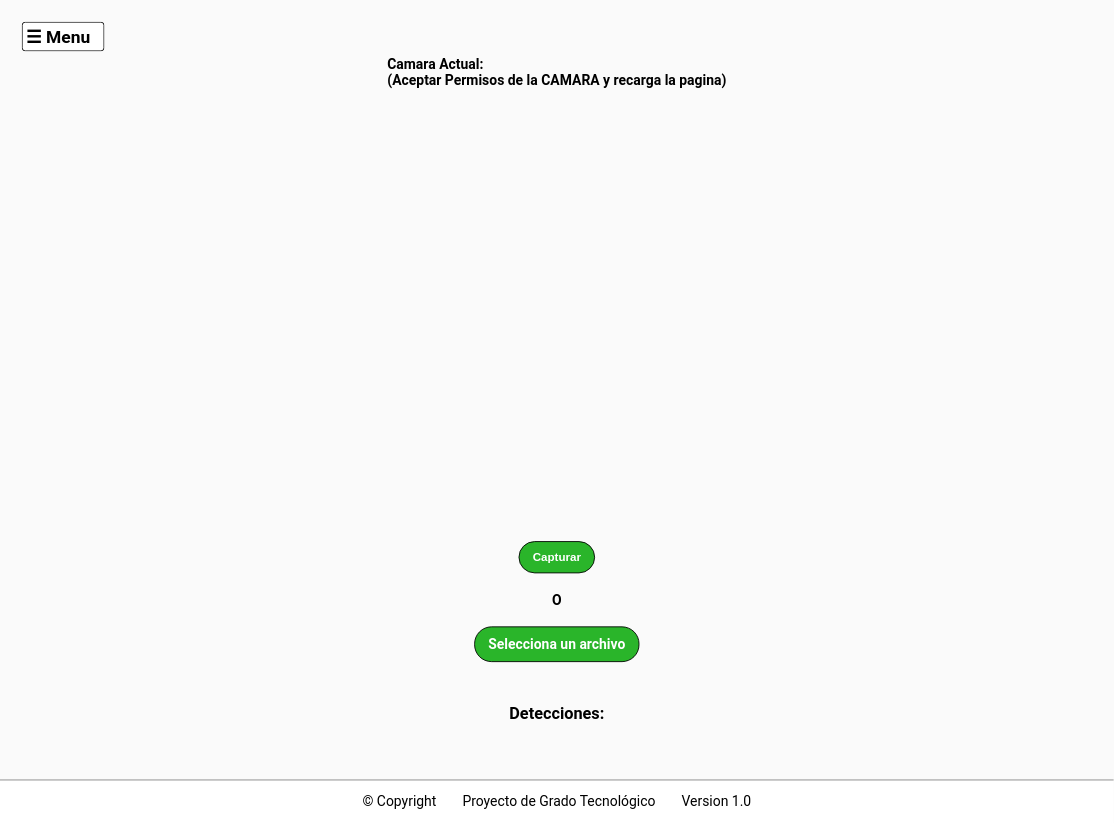
Repository: castecabas/Recicladora
Page: http://localhost/model
An editor plug-in stored every save of this project. The page is shown before and after the next save, followed by the edit.
The browser window is 1280 px wide. The pictures show the whole page, at 87% of full size.
Pictures or frames that could not be fetched are drawn as grey boxes. The page is served by the project's application, run on Flask 3 (src/index.py). Other server files are loaded and not shown.

Above is the page before, as saved 2024-12-22 20:25:41.

### src/templates/model.html
<!DOCTYPE html>
<html lang="en">

<head>
    <meta charset="UTF-8">
    <meta name="viewport" content="width=device-width, initial-scale=1.0">
    <title>Clasificador</title>
    <link rel="stylesheet" href="{{ url_for('static', filename='css/model.css') }}">
    <link rel="shortcut icon" href="https://i.postimg.cc/gk7MpWkm/logo.webp" />
</head>

<body>
    <span class="btn_openmenu" onclick="openNav()">&#9776; Menu</span><br><br>
    <nav class="aside" id="aside">
        <div class="overlay"></div>
        <img class="aside_logo" src="https://i.postimg.cc/gk7MpWkm/logo.webp">
        <h1 style="text-decoration: underline;">Opciones</h1>

        <label for="confidenceThreshold">
            <span class="tooltip-container">
                <img class="logo_x"
                    src="https://images.vexels.com/media/users/3/152347/isolated/preview/27304b9b14ce9bd8a28ca637ed92070e-icono-de-signo-de-interrogacion-de-circulo-azul.png"
                    alt="Ayuda">
                <span class="tooltip-text">Es la probabilidad que determina en las predicciones,si es alto es más confiable, aunque puede omitir objetos al no cumplir dicho porcentaje. Si es bajo, será menos confiable, pero detectará aún más.</span>
            </span>
            Umbral de Confianza:
        </label>
        <input type="range" id="confidenceThreshold" min="0.1" max="0.8" step="0.01" value="0.5">
        <span id="confidenceValue" style="color: white;">0.5</span>

        <label for="SwitchCamera">Camara</label>
        <button id="switchCameraBtn">Cambiar de dispositivo</button>
        </a>
        <label class="nav-link-aside" for="darkModeToggle"><input type="checkbox" class="btn_darkmode" id="darkModeToggle" hidden>
            Modo Oscuro</label>
        <br>
        <a href="javascript:void(0)" class="closebtn" onclick="closeNav()">Cerrar Menú</a>
        <a href="{{ url_for('index') }}" class="nav-link">Ir a Inicio</a>
    </nav>

    <div class="container">
        <main>
            <div>
                <div>
                    <p>Camara Actual: <span id="currentCamera"></span><br>
                    (Aceptar Permisos de la CAMARA y recarga la pagina)</p>
                    <video id="video" width="640" height="480" autoplay></video><br>
                    <button id="captureBtn">Capturar</button>
                    <p>O</p>
                    <input type="file" id="fileInput" hidden accept="image/*,video/*">
                    <label for="fileInput" id="fileinputlabel">Selecciona un archivo</label>
                </div>
                <br>
                <img id="resultImage">
            </div>
            <canvas id="canvas" width="640" height="480" style="display:none;"></canvas>
            <div>
                <h3>Detecciones:</h3>
                <ul id="detectionsList"></ul>
            </div>
            <div class="colors">

            </div>
        </main>
        {% include 'components/footer.html' %}
    </div>
    <script src="{{ url_for('static', filename='js/model.js') }}"></script>
    <script src="{{ url_for('static', filename='js/dark_mode.js') }}"></script>
</body>

</html>

### src/templates/components/footer.html
<footer class="footer">
    <style>
        .footer {
            width: 100%;
            background-color: white;
            text-align: center;
            padding: 15px;
            box-sizing: border-box;
            position: relative;
            bottom: 0;
            font-family: 'Roboto', sans-serif;
            border-top: 1px solid gray;
            margin-top: auto;
        }

        .footer ul {
            list-style: none;
            padding: 0;
            margin: 0;
            display: flex;
            flex-direction: column;
            align-items: center;
        }

        .footer ul li {
            text-decoration: none;
            margin: 5px 0;
        }

        @media (min-width: 600px) {
            .footer ul {
                flex-direction: row;
                justify-content: center;
            }

            .footer ul li {
                margin: 0 15px;
            }
        }

        /* MODO OSCURO */
        body.dark-mode footer{
            background: rgb(29, 0, 28);
            background: linear-gradient(90deg, rgba(29, 0, 28, 1) 0%, rgba(11, 0, 34, 1) 8%, rgba(0, 0, 22, 1) 100%);
            border-top: 1px solid #686868;
            transition: all 0.3s ease-in;
        }

        body.dark-mode footer li{
            color: white;
        }
    </style>

    <ul>
        <li>© Copyright</li>
        <li>Proyecto de Grado Tecnológico</li>
        <li>Version 1.0</li>
    </ul>

</footer>

### src/index.py
from flask import Flask, render_template, Response, request, jsonify
from yolo_model import YOLOModel
from camera import Camera
import cv2
import numpy as np
import base64

app = Flask(__name__)

yolo_model = YOLOModel('src/model/best.pt')
camera = Camera()

# RUTAS
@app.route('/')
@app.route('/home')
@app.route('/index')
def index():
    return render_template('index.html')

@app.route('/about')
def about():
    return render_template('about.html')

@app.route('/learn')
def learn():
    return render_template('learn.html')

@app.route('/model')
def model():
    return render_template('model.html')

@app.route('/news')
def news():
    return render_template('news.html')

@app.route('/recycle')
def recycle():
    return render_template('recycle.html')

# FUNCIONES

    #NOTE: obtener las camaras
@app.route('/get_cameras')
def get_cameras():
    return jsonify(camera.get_camera_list())

    #NOTE: cambiar camara
@app.route('/switch_camera/<int:camera_id>')
def switch_camera(camera_id):
    camera.select_camera(camera_id)
    return "OK"

    #NOTE: detectar dicha imagen
@app.route('/detect', methods=['POST'])
def detect():
    try:
        if 'file' not in request.files:
            return jsonify({'error': 'No file part'}), 400

        file = request.files['file']
        confidence = float(request.form.get('confidence', 0.25))

        # Lee la imagen del archivo
        npimg = np.fromfile(file, np.uint8)
        img = cv2.imdecode(npimg, cv2.IMREAD_COLOR)

        # Detecta objetos usando el modelo YOLO
        results = yolo_model.detect(img, conf_threshold=confidence)
        if results is None:
            return jsonify({'error': 'No detections returned from model'}), 500

        # Dibuja los cuadros de detección en la imagen
        processed_img = yolo_model.draw_boxes(img, results)

        # Codifica la imagen procesada en base64 para enviar al cliente
        _, buffer = cv2.imencode('.jpg', processed_img)
        img_base64 = base64.b64encode(buffer).decode('utf-8')

        return jsonify({
            'image': f'data:[embedded picture, 35 characters]',
            'detections': results
        })
    except Exception as e:
        print(f"Error during detection: {e}")
        return jsonify({'error': str(e)}), 500

# EJECUCION
if __name__ == '__main__':
    app.run(debug=True)

### src/static/css/model.css
html,
body {

    margin: 0;
    padding: 0;
    font-family: 'Roboto', sans-serif;
    background-color: #fafafa;
    display: flex;
    flex-direction: column;
    min-height: 100vh;
    transition: all 0.5s ease;
}

main {
    max-height: auto;
}

.btn_openmenu {
    font-size: 20px;
    cursor: pointer;
    position: fixed;
    background-color: white;
    border-radius: 4px;
    border: 1px solid black;
    margin: 25px;
    padding: 4px;
    padding-right: 15px;
    z-index: 100;
    font-weight: 600;
}

.btn_openmenu:hover {
    background-color: rgb(209, 209, 209);
}

.container {
    display: flex;
    flex-direction: column;
    min-height: 100vh;
    width: 100%;
    /* Asegura que ocupe todo el ancho */
    align-items: center;
    margin: 0;
    box-sizing: border-box;
}

main div {
    display: flex;
    flex-direction: column;
    align-items: center;
    justify-content: center;
    flex-grow: 1;
    width: 100%;
    max-width: 800px;
    box-sizing: border-box;
}

main div * {
    padding: 5px;
}

main div p {
    font-weight: bold;
}

main div #video {
    border-radius: 20px;
    max-width: 640px;
    width: 100%;
    max-height: 700px;
    aspect-ratio: 4/3;
    padding: 0;
}

main div #resultImage {
    border-radius: 20px;
    max-width: 640px;
    width: 100%;
    max-height: 740px;
    padding: 0;
    border: 0px;
    box-shadow: 10px 10px 15px rgba(0, 0, 0, 0.5);
}

@media(max-width:638px){
    main div #resultImage{
        border-radius: 0;
        box-shadow: none;
    }
}

main div #captureBtn,
main div #fileinputlabel {
    border-radius: 20px;
    background-color: #2AB52A;
    color: white;
    font-weight: bold;
    padding: 10px 15px 10px 15px;
    border: 1px solid black;
}

main div #captureBtn:hover,
main div #fileInput:hover {
    background-color: #219121;
}

main div ul#detectionsList{
    overflow-y: auto;
    max-height: 200px;
    width: 90vw;
    max-width: 634px;

}

main div ul#detectionsList li{
    font-size: large;
}


.aside {
    background: url(https://i.postimg.cc/8kbKKzK0/model-aside.webp);
    background-repeat: no-repeat;
    background-size: cover;
    height: 100%;
    width: 0;
    position: fixed;
    z-index: 100;
    top: 0;
    left: 0;
    background-color: #111;
    overflow-x: hidden;
    transition: 0.5s;
    justify-content: center;
    color: white;
    display: flex;
    flex-direction: column;
    text-align: center;
    align-items: center;
}

.aside * {
    margin: 5px 20px 5px 20px;
    font-weight: bold;
    z-index: 102;
    padding: 8px;
    color: #31ca31;
}

.aside .overlay {
    position: absolute;
    margin: 0;
    top: 0;
    left: 0;
    right: 0;
    bottom: 0;
    background-color: rgba(0, 0, 0, 0.55);
    z-index: 101;
}

.aside img.aside_logo {
    aspect-ratio: 1/1;
    max-width: 100px;
}

@media(max-height:850px){
    .aside img.aside_logo{
        display: none;
    }
}


.aside h1 {
    color: #2AB52A;

}

.aside .closebtn {
    text-decoration: none;
    color: white;
    border-radius: 4px;
    background-color: #206BCE;
    padding: 10px 15px 10px 15px;
    border: 1px solid black;
    width: 134px;
}

.aside .closebtn:hover {
    background-color: #1a58a8;
}

.aside .logo_x {
    position: relative;
    padding-left: 0px;
    margin: 0px;
    aspect-ratio: 1/1;
    height: 20px;
    cursor: pointer;
}


/* Estilos del contenedor del tooltip */
.tooltip-container {
    position: relative;
    display: inline-block;
    padding: 0;
    margin: 0;
}

/* Ocultar el tooltip por defecto */
.tooltip-text {
    opacity: 0;
    /* Oculto por defecto */
    width: 135px;
    background-color: #2ea664;
    color: #f5f6fc;
    text-align: center;
    font-size: small;
    padding: 5px;
    border-radius: 5px;
    position: absolute;
    top: -120px;
    /* Ajusta la posición para que esté sobre la imagen */
    left: 50%;
    transform: translateX(-25%);
    transition: opacity 0.3s ease-in-out;

    /* Transición suave */
    z-index: 9000;
}

/* Flecha del tooltip */
.tooltip-text::after {
    content: "";
    position: absolute;
    bottom: -5px;
    /* Flecha debajo del tooltip */
    left: 50%;
    transform: translateX(-50%);
    border-width: 5px;
    border-style: solid;
    border-color: #333 transparent transparent transparent;
}

/* Mostrar el tooltip al pasar el ratón sobre la imagen */
.tooltip-container:active .tooltip-text ,.tooltip-container:hover .tooltip-text{
    opacity: 1;
    animation: hideTooltip 18s forwards;
    /* Inicia la animación para ocultarlo después de 3 segundos */
}

/* Animación para ocultar el tooltip */
@keyframes hideTooltip {
    0% {
        opacity: 1;
    }

    90% {
        opacity: 1;
    }

    100% {
        opacity: 0;
    }
}


.aside #confidenceThreshold {
    accent-color: #2AB52A;
    background-color: white;
}

.aside .colors{
    line-height: 2px;
    background: rgba(0, 0, 0, 0.65);
    border-radius: 10px;
    .bio{
        color: #00cc66;
    }
    .cardb{
        color: #996633;
    }
    .glass{
        color: #0080ff;
    }
    .metal{
        color: #c0c0c0;
    }
    .noxios{
        color: #ff3333;
    }
    .paper{
        color: #ffff66;
    }
    .plastic{
        color: #ff8000;
    }
}

.aside .colors li{
    list-style: none;
}


.aside #switchCameraBtn {
    border-radius: 4px;
    background-color: #2AB52A;
    color: white;
    border: 1px solid black;
}

.aside #switchCameraBtn:hover {
    background-color: #219121;
}

.aside .nav-link,
.aside .nav-link-aside {
    text-decoration: none;
    color: white;
    background-color: #206BCE;
    border-radius: 4px;
    max-width: 75vw;
    padding: 10px 15px 10px 15px;
    border: 1px solid black;
    width: 134px;
    font-size: large;
}

.aside .nav-link:hover {
    background-color: #1a58a8;
}

.aside .nav-link-aside {
    background-color: #31ca31;
    font-size: small;
}

.aside .nav-link-aside:hover {
    background-color: #2AB52A;
    cursor: pointer;
}

label#fileinputlabel:hover {
    cursor: pointer;
    background-color: #2AB52A;
}

/* MODO OSCURO */

body.dark-mode {
    background-color: #000014;
}

body.dark-mode #video {
    border: 1px outset white;
}

body.dark-mode .container p,
body.dark-mode .container h3 {
    color: white;
}

body.dark-mode .container p,
body.dark-mode .container ul#detectionsList li {
    color: white;
}

### src/static/js/model.js
let currentCameraIndex = 0;
let cameras = [];
const clsname = [
    "Comida", "Planta", "Fruta o Verdura", "Base de Carton", "Caja de Carton",
    "Contenedor de Carton", "Forma de Carton", "Botella de Vidrio", "Vajilla de Vidrio",
    "Fragmentos de Vidrio", "Frasco de Vidrio", "Jarra de Vidrio", "Aluminio",
    "Contenedor Metalico", "Latas de Alimento", "Menaje Metalico", "Metal Menor",
    "Utensilio Metalico", "Bateria o Pila", "Carta de Papel", "Recibo o Factura",
    "Periodico o Revista", "Forma de Papel", "Papel de Higiene", "Bolsa de Plastico",
    "Botella de Plastico", "Contenedor de Plastico", "Envase de Plastico",
    "Vajilla de Plastico", "Tapa de Plastico", "Utensilio de Plastico"
  ];
let confidenceThreshold = 0.5;

const parrafo = document.getElementById("confidenceValue");

const valorDecimal = parseFloat(parrafo.textContent);
const valorPorcentaje = valorDecimal * 100;
parrafo.textContent = valorPorcentaje + "%";

document.addEventListener('DOMContentLoaded', function () {
    fetchCameras();

    document.getElementById('switchCameraBtn').addEventListener('click', switchCamera);
    document.getElementById('captureBtn').addEventListener('click', captureAndDetect);
    document.getElementById('fileInput').addEventListener('change', handleFileSelect);

    const confidenceSlider = document.getElementById('confidenceThreshold');
    const confidenceValue = document.getElementById('confidenceValue');

    confidenceSlider.addEventListener('input', function () {
        confidenceThreshold = parseFloat(this.value);
        confidenceValue.textContent = confidenceThreshold.toFixed(2);
        const valorDecimal = parseFloat(parrafo.textContent);
        const valorPorcentaje = valorDecimal * 100;
        parrafo.textContent = valorPorcentaje.toFixed(0) + "%";
    });
});

function fetchCameras() {
    navigator.mediaDevices.enumerateDevices()
        .then(devices => {
            cameras = devices.filter(device => device.kind === 'videoinput');
            updateCurrentCamera();
        })
        .catch(error => {
            console.error('Error enumerating devices:', error);
        });
}

async function switchCamera() {
    currentCameraIndex = (currentCameraIndex + 1) % cameras.length;
    updateCurrentCamera();

    try {
        const stream = await navigator.mediaDevices.getUserMedia({
            video: { deviceId: { ideal: cameras[currentCameraIndex].deviceId } }
        });
        document.getElementById('video').srcObject = stream;
    } catch (error) {
        console.error('Error switching camera:', error);
    }
}

function updateCurrentCamera() {
    const cameraInfo = cameras[currentCameraIndex] ? cameras[currentCameraIndex].label : 'Unknown';
    document.getElementById('currentCamera').textContent = cameraInfo;
}

function captureAndDetect() {
    const video = document.getElementById('video');
    const canvas = document.getElementById('canvas');
    const context = canvas.getContext('2d');

    context.drawImage(video, 0, 0, canvas.width, canvas.height);
    canvas.toBlob(blob => {
        const formData = new FormData();
        formData.append('file', blob, 'capture.jpg');
        formData.append('confidence', confidenceThreshold);
        detectObjects(formData);
    }, 'image/jpeg');
}

function handleFileSelect(event) {
    const file = event.target.files[0];
    const formData = new FormData();
    formData.append('file', file);
    formData.append('confidence', confidenceThreshold);
    detectObjects(formData);
}

function detectObjects(formData) {
    fetch('/detect', {
        method: 'POST',
        body: formData
    })
        .then(response => response.json())
        .then(data => {
            document.getElementById('resultImage').src = data.image;
            updateDetectionsList(data.detections);
        })
        .catch(error => {
            console.error('Error detecting objects:', error);
        });
}

function updateDetectionsList(detections) {
    const list = document.getElementById('detectionsList');
    list.innerHTML = '';
    detections.forEach(detection => {
        const [x1, y1, x2, y2, conf, cls] = detection;
        const li = document.createElement('li');
        li.textContent = `Clase: ${clsname[cls] || 'Desconocido'}, Confianza: ${conf.toFixed(2) * 100} %`;
        list.appendChild(li);
    });
}

async function initializeCamera() {
    try {
        const stream = await navigator.mediaDevices.getUserMedia({ video: true });
        document.getElementById('video').srcObject = stream;
    } catch (error) {
        console.error('Error accessing camera:', error);
    }
}

function openNav() {
    document.getElementById("aside").style.width = "250px";
}

function closeNav() {
    document.getElementById("aside").style.width = "0";
}

initializeCamera();

### src/static/js/dark_mode.js
document.addEventListener("DOMContentLoaded", () => {
    const toggle = document.getElementById("darkModeToggle");
    const darkModeEnabled = localStorage.getItem("darkMode") === "enabled";

    if (darkModeEnabled) {
        document.body.classList.add("dark-mode");
        toggle.checked = true;
    }

    toggle.addEventListener("change", () => {
        if (toggle.checked) {
            document.body.classList.add("dark-mode");
            localStorage.setItem("darkMode", "enabled");
        } else {
            document.body.classList.remove("dark-mode");
            localStorage.setItem("darkMode", "disabled");
        }
    });
});

After the next save:
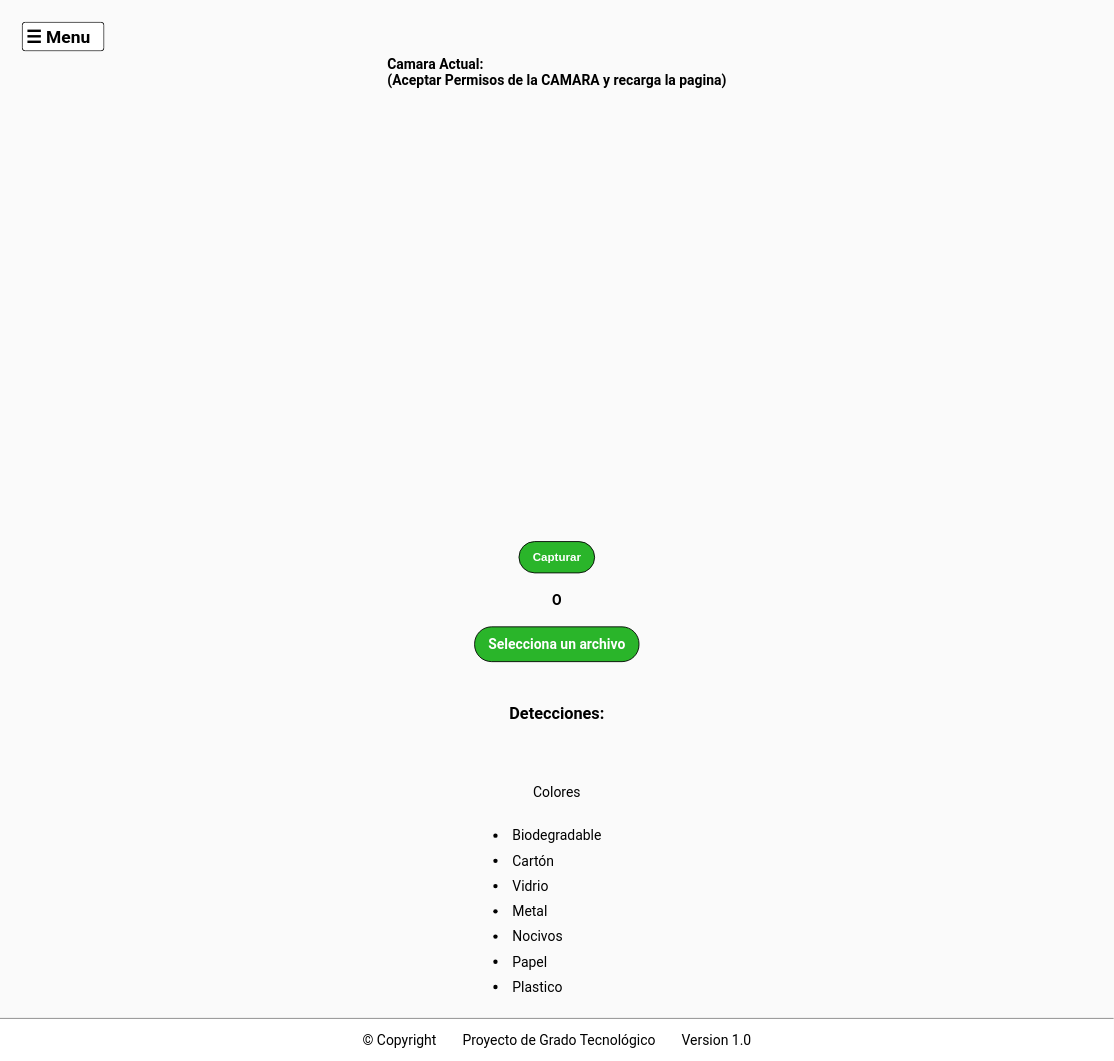
Saved 4 s later.
--- a/src/templates/model.html
+++ b/src/templates/model.html
@@ -59,7 +59,16 @@
                 <ul id="detectionsList"></ul>
             </div>
             <div class="colors">
-
+                <label>Colores</label>
+        <ul class="colors">
+            <li class="bio">Biodegradable</li>
+            <li class="cardb">Cartón</li>
+            <li class="glass">Vidrio</li>
+            <li class="metal">Metal</li>
+            <li class="noxios">Nocivos</li>
+            <li class="paper">Papel</li>
+            <li class="plastic">Plastico</li>
+        </ul>
             </div>
         </main>
         {% include 'components/footer.html' %}
